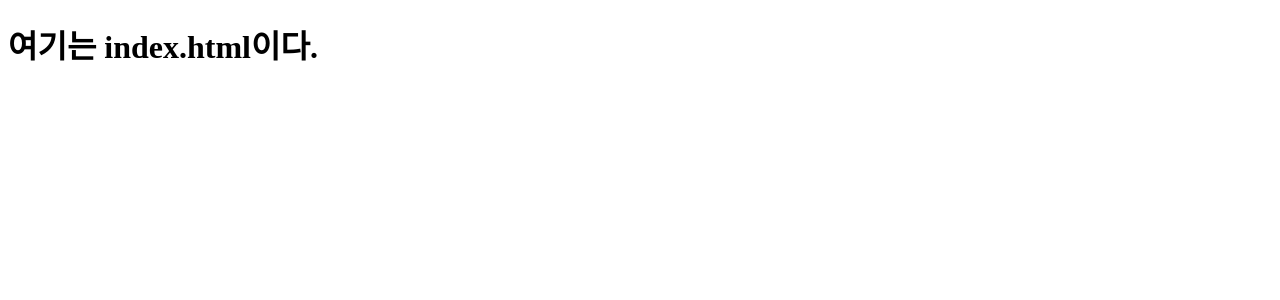
Repository: kong980/EclipseWork
Page: ServletTest3/src/main/webapp/Index.html
An editor plug-in stored every save of this project. The page is shown before and after the next save, followed by the edit.
The browser window is 1280 px wide. The pictures show the whole page.

Above is the page before, as saved 2023-09-14 02:49:59.

### ServletTest3/src/main/webapp/Index.html
<!DOCTYPE html>
<html>
<head>
<meta charset="UTF-8">
<title>Insert title here</title>
</head>
<body>
	<h1>여기는 index.html이다.</h1>
</body>
</html>

After the next save:
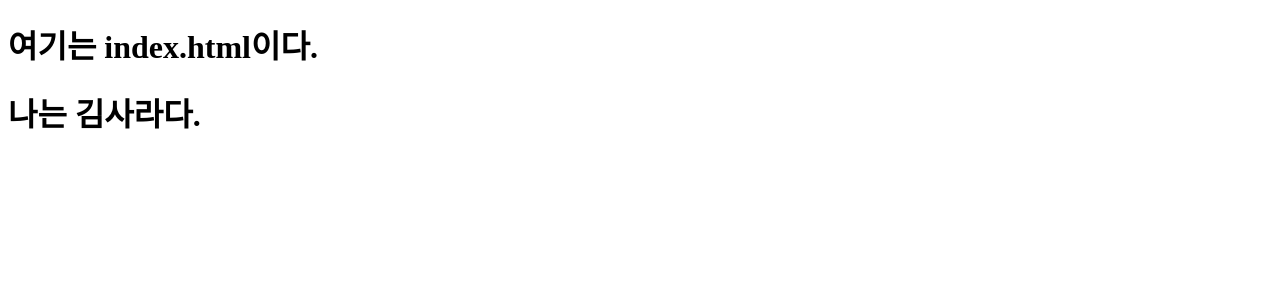
Saved 8 min 36 s later.
--- a/ServletTest3/src/main/webapp/Index.html
+++ b/ServletTest3/src/main/webapp/Index.html
@@ -6,5 +6,6 @@
 </head>
 <body>
 	<h1>여기는 index.html이다.</h1>
+	<h1>나는 김사라다.</h1>
 </body>
 </html>
